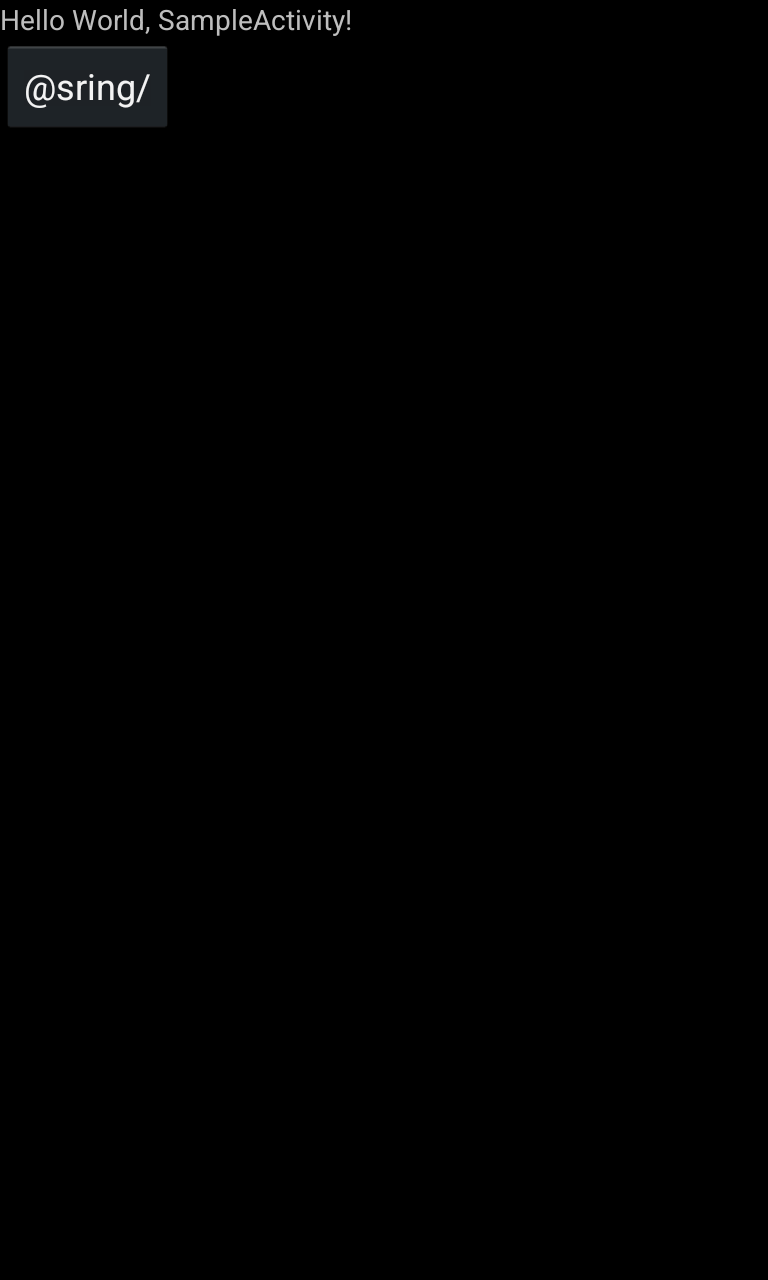
Repository: xueshijun/0.AndroidWorkspace
Layout: Android_wordspace/Sample/res/layout/main.xml
These files come from the project's save history. The layout is drawn as it stood at one moment and after the next save; the edit follows.
It is drawn on a 768 x 1280 px phone screen (xhdpi) without system bars, with theme android:Theme.Holo; the app's code is not run.

Above is the layout before, as saved 2012-11-25 07:10:02.

### Android_wordspace/Sample/res/layout/main.xml
<?xml version="1.0" encoding="utf-8"?>
<LinearLayout xmlns:android="http://schemas.android.com/apk/res/android"
    android:layout_width="fill_parent"
    android:layout_height="fill_parent"
    android:orientation="vertical" >

    <TextView
        android:layout_width="fill_parent"
        android:layout_height="wrap_content"
        android:text="@string/hello" />

    <Button
        android:id="@+id/button1"
        android:layout_width="wrap_content"
        android:layout_height="wrap_content"
        android:text="@sring/" />

</LinearLayout>

### Android_wordspace/Sample/res/values/strings.xml
<?xml version="1.0" encoding="utf-8"?>
<resources>

    <string name="hello">Hello World, SampleActivity!</string>
    <string name="app_name">Sample</string>
    <string name="btn_name">按钮</string>

</resources>

After the next save:
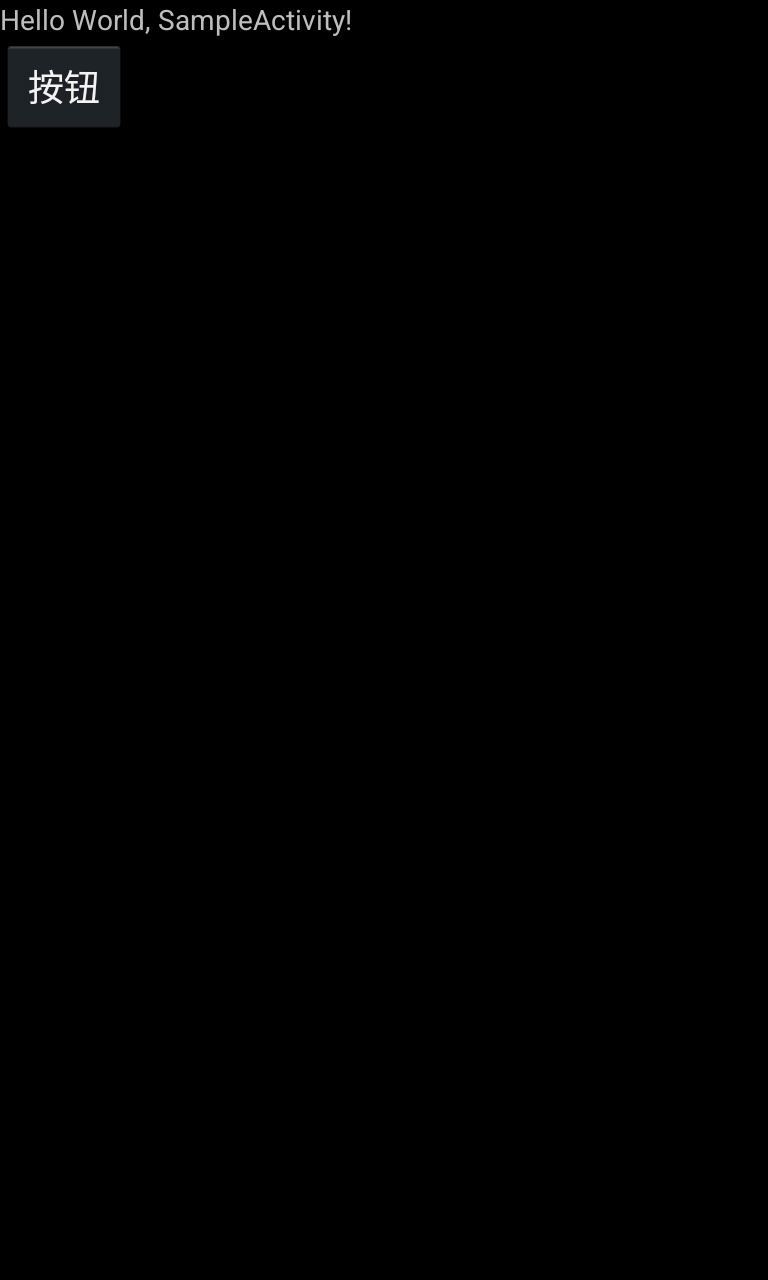
Saved 6 s later.
--- a/Android_wordspace/Sample/res/layout/main.xml
+++ b/Android_wordspace/Sample/res/layout/main.xml
@@ -13,6 +13,6 @@
         android:id="@+id/button1"
         android:layout_width="wrap_content"
         android:layout_height="wrap_content"
-        android:text="@sring/" />
+        android:text="@string/btn_name" />
 
 </LinearLayout>
